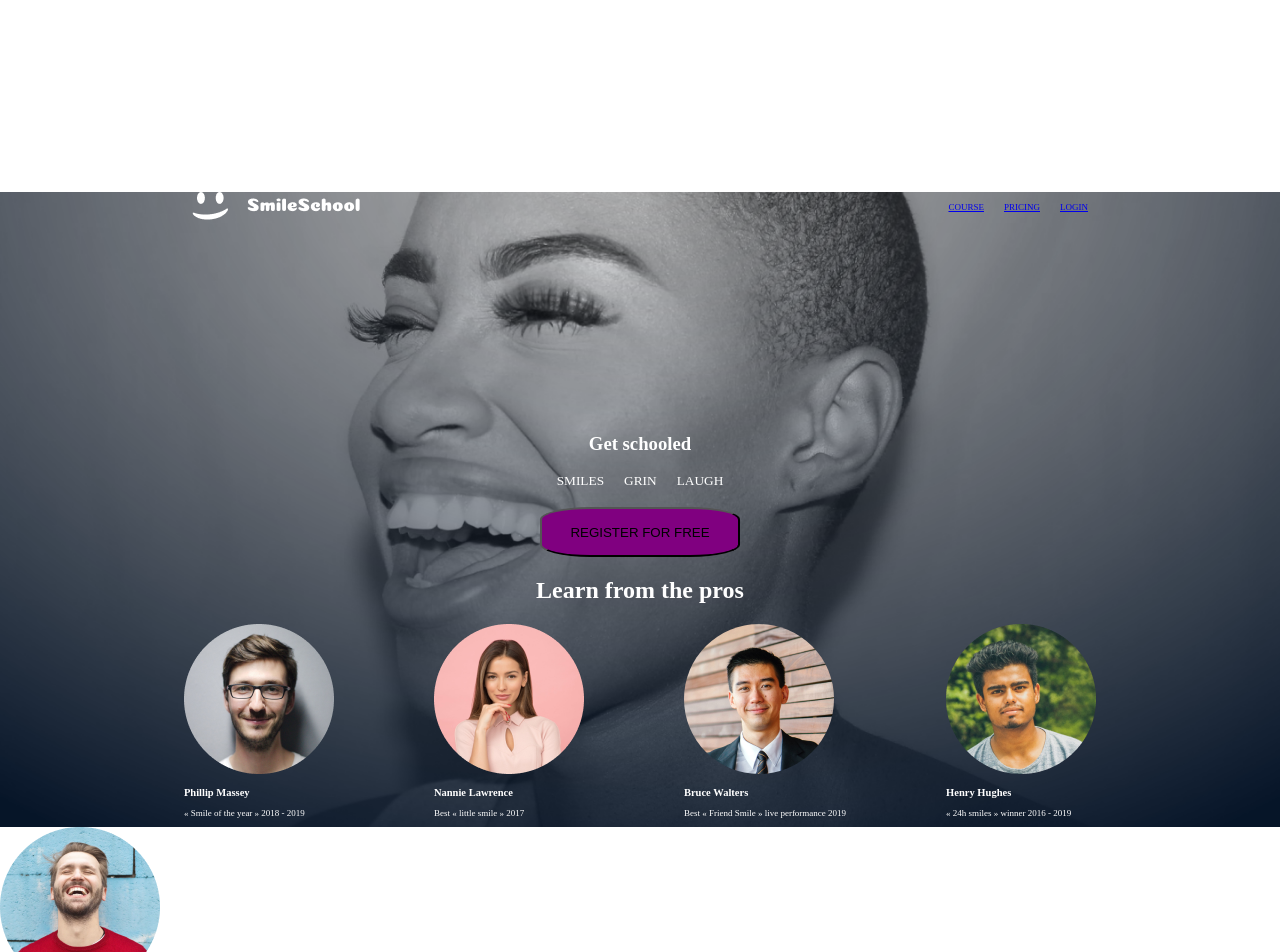
Repository: mwihakiann/alx_html_css
Page: css_advanced/index.html
An editor plug-in stored every save of this project. The page is shown before and after the next save, followed by the edit.
The browser window is 1280 px wide. The pictures show the part of the page from y = 0 to 952 px (the page is 3677 px tall before and 3672 px after).
A picture or video elsewhere on the page could not be fetched, so the positions and the page height are approximate. Some web libraries are served in a nearby version.

Above is the page before, as saved 2025-09-28 18:29:20.

After the next save:
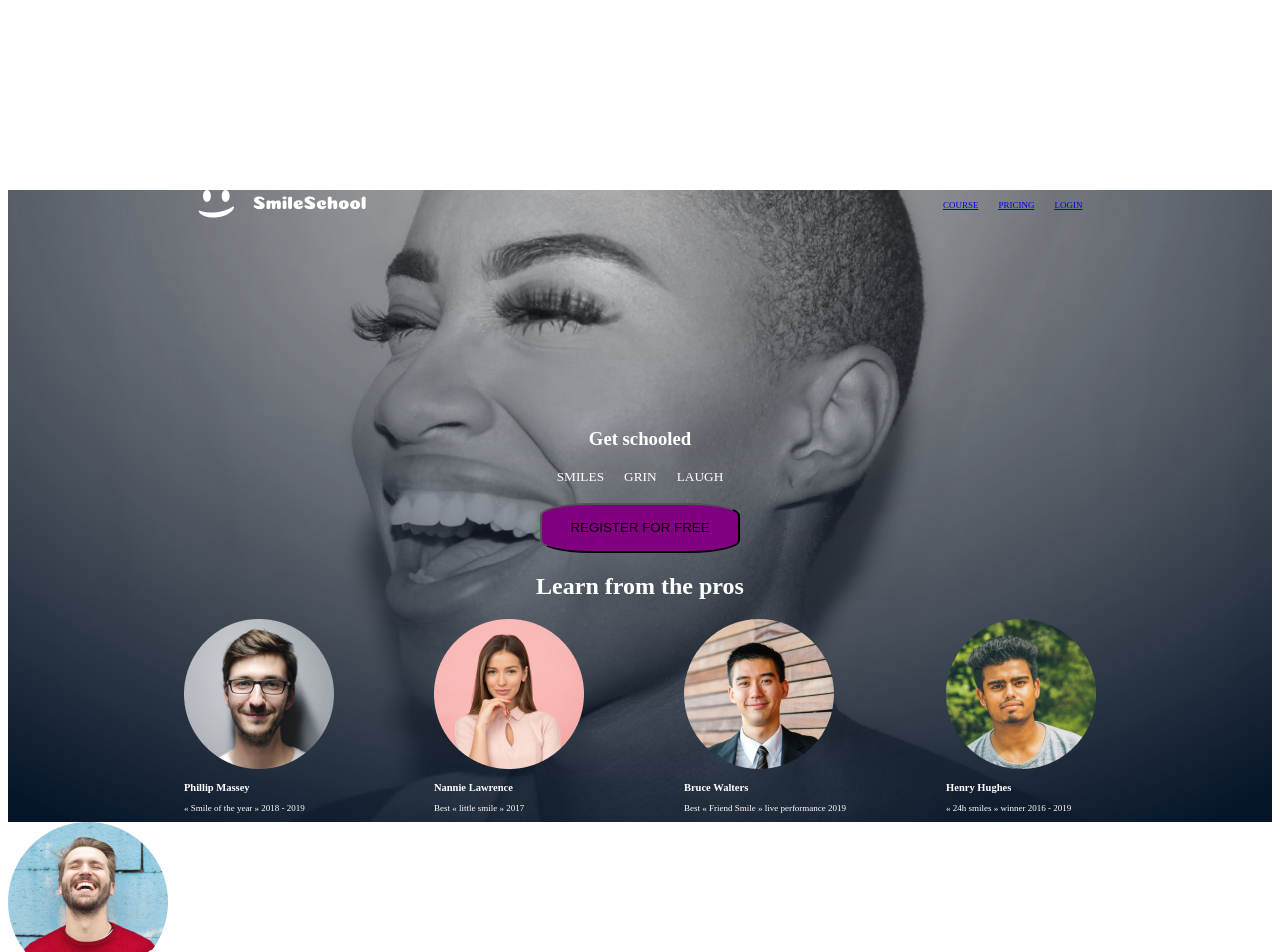
Saved 4 s later.
--- a/css_advanced/styles.css
+++ b/css_advanced/styles.css
@@ -1,6 +1,6 @@
 body{
     color: white;
-    margin: 0%;
+    margin:
     padding: 0;
 }
 nav ul{

After the save that followed:
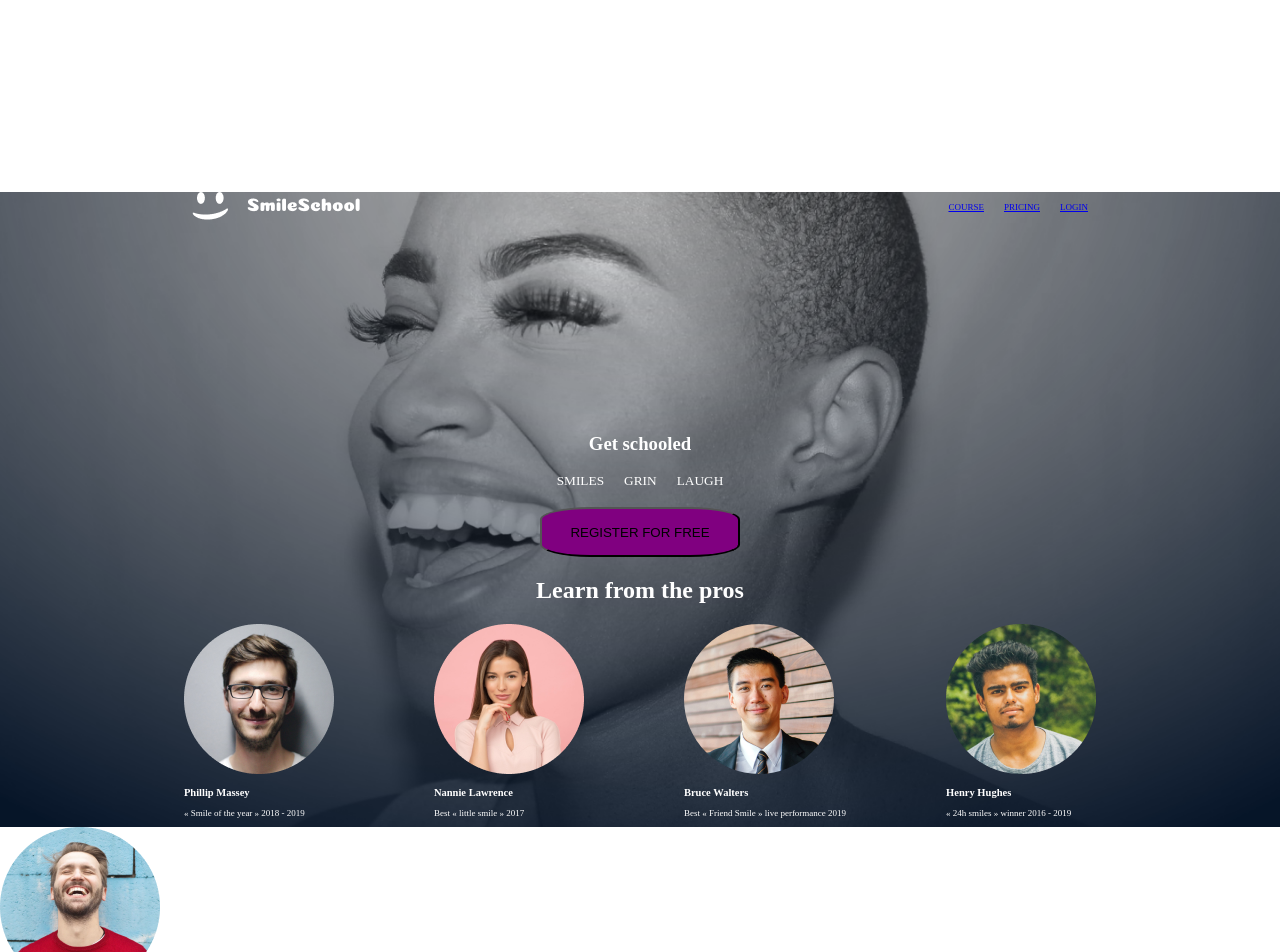
Saved 4 s later.
--- a/css_advanced/styles.css
+++ b/css_advanced/styles.css
@@ -1,6 +1,6 @@
 body{
     color: white;
-    margin:
+    margin: 0;
     padding: 0;
 }
 nav ul{
